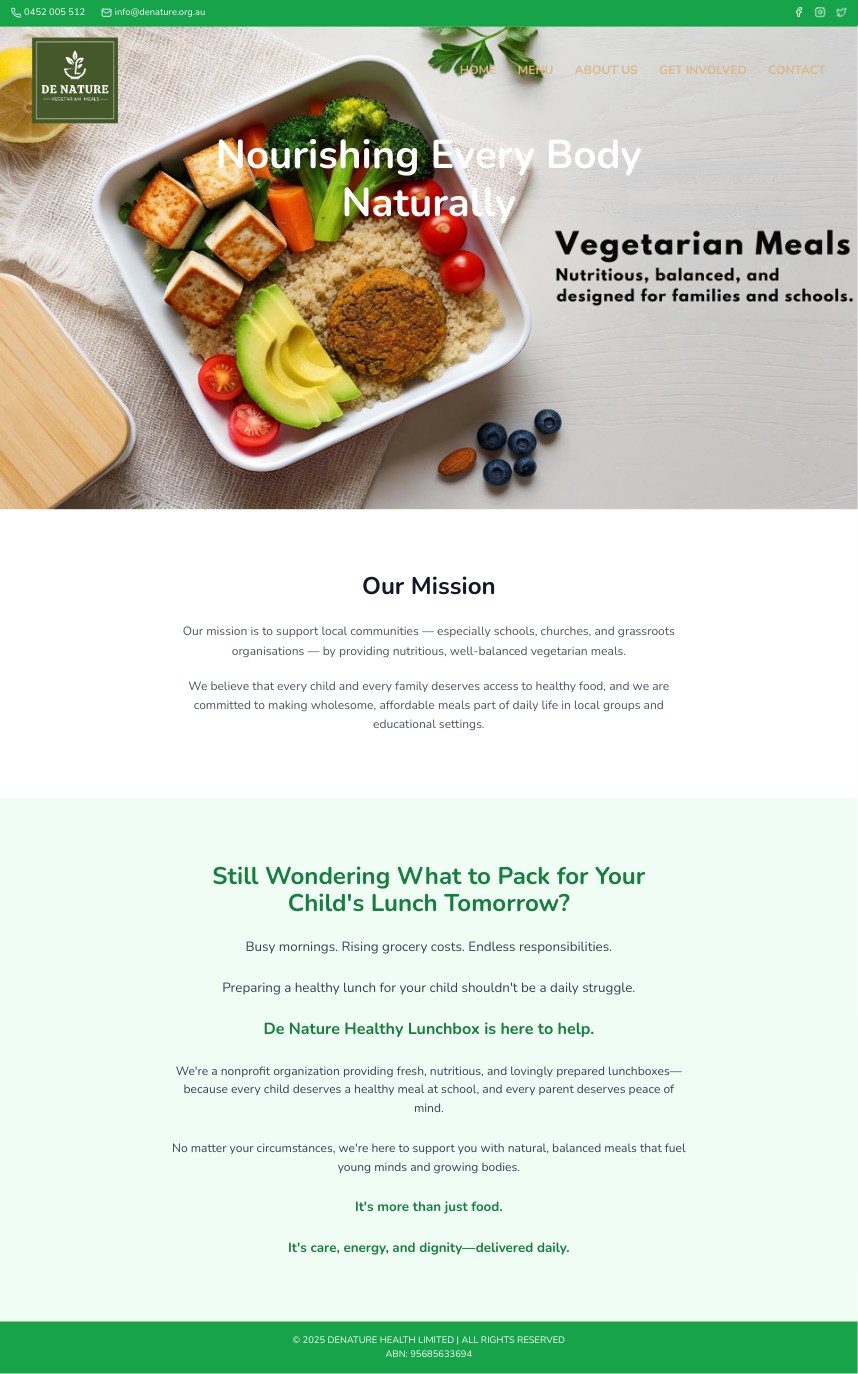
Repository: sunnyyan01/denature-website
Page: /
The author's editor kept a copy of each file at every save. The page is drawn from the files as they stood at one save, then again after the next save.
The browser window is 1280 px wide. The pictures show the whole page, at 67% of full size.
The project was rebuilt for these pictures with package versions that can differ from the ones it lists, and the page was loaded fresh each time. The framework's server and built-in components were replaced by stand-ins that run in the browser. Also part of the build but not shown: next.config.js.

Above is the page before, as saved 2025-05-12 22:08:49.

After the next save:
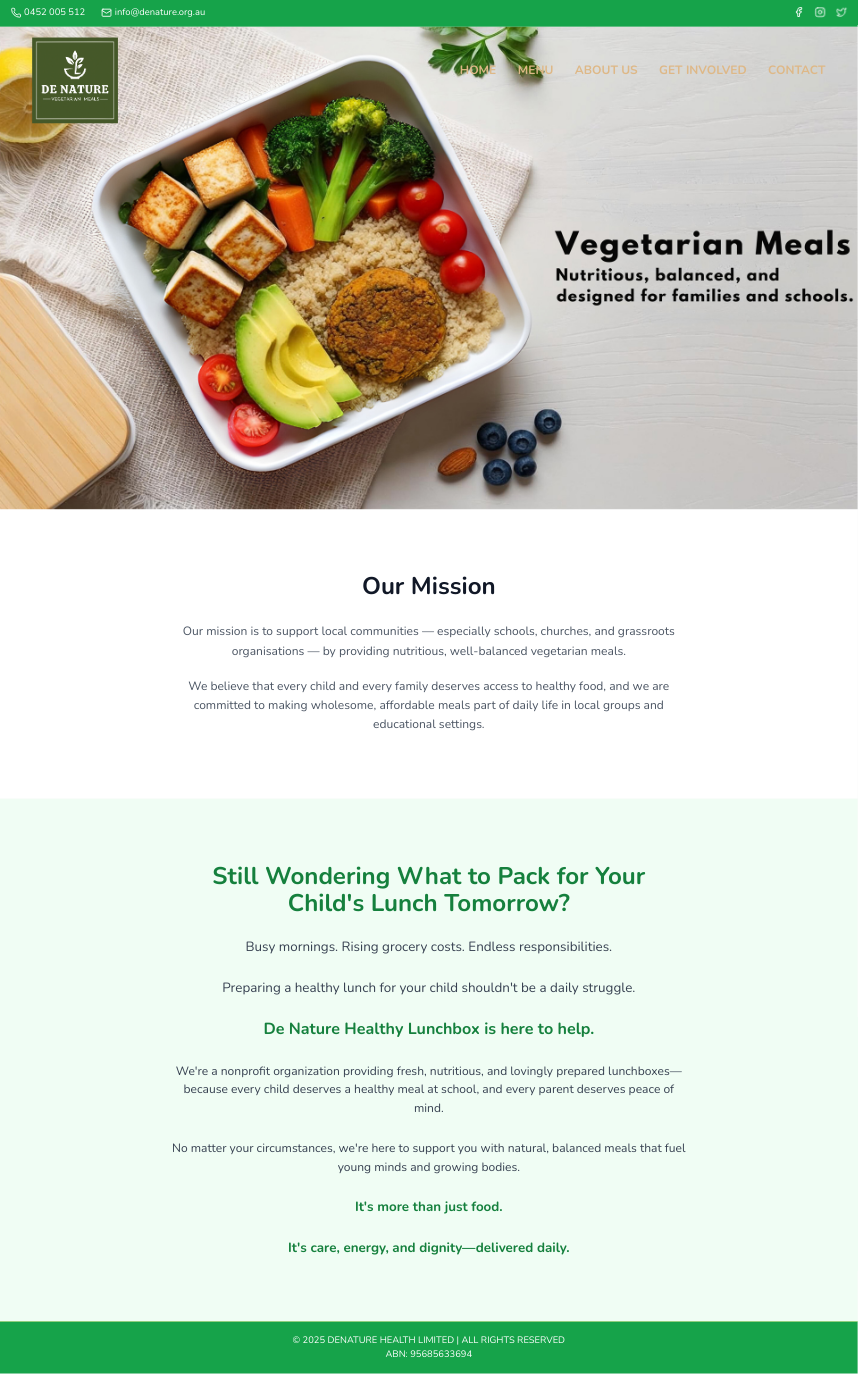
Saved 35 h 29 min later.
--- a/src/app/page.tsx
+++ b/src/app/page.tsx
@@ -36,10 +36,7 @@
         </div>
         <div className="relative container mx-auto px-4 h-screen flex items-start pt-32">
           <div className="max-w-6xl mx-auto w-full pt-8">
-            <h1 className="text-4xl md:text-6xl font-bold text-white mb-16 leading-[1.3] font-heading text-center">
-              <div className="mb-1 md:mb-3">Nourishing Every Body</div>
-              <div>Naturally</div>
-            </h1>
+            {/* 移除以下 h1 区域 */}
           </div>
         </div>
       </section>
